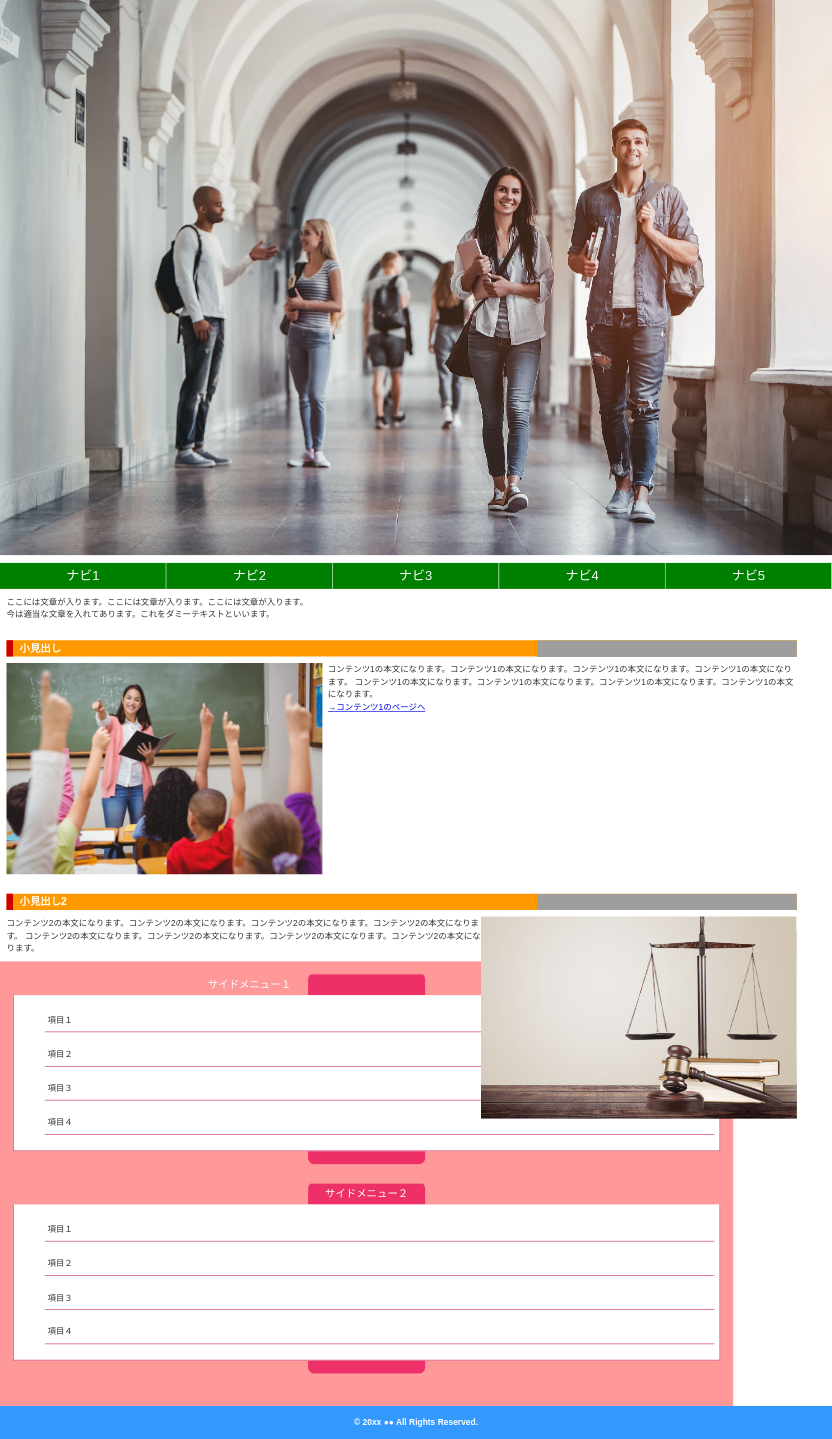
Repository: tomimori-1211/samurai-HTML-CSS
Page: home.html
The author's editor kept a record of every edit. The page is drawn from the files as they stood at one moment, then again after the next edit.
The browser window is 1280 px wide. The pictures show the whole page, at 65% of full size.
Pictures or frames that could not be fetched are drawn as grey boxes.

Above is the page before.

After the next edit:
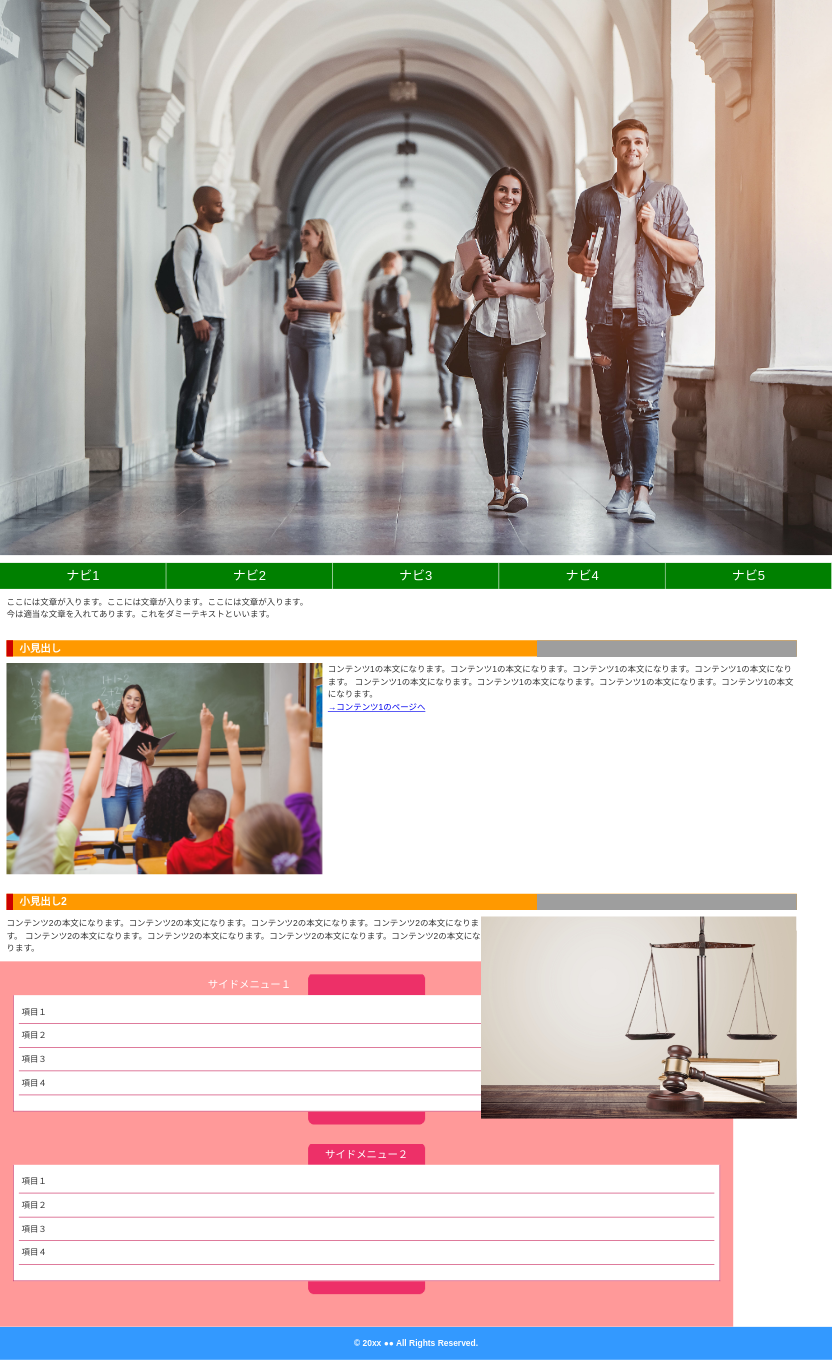
The edit:
--- a/stylesheet.css
+++ b/stylesheet.css
@@ -157,7 +157,7 @@
     border-left: solid 1px #C36;
     background: #fff;
 }
-#side .box .boxBody ul li {
+#side .box .boxBody ul {
     margin: 0 0 16px 0;
     padding: 0;
 }
